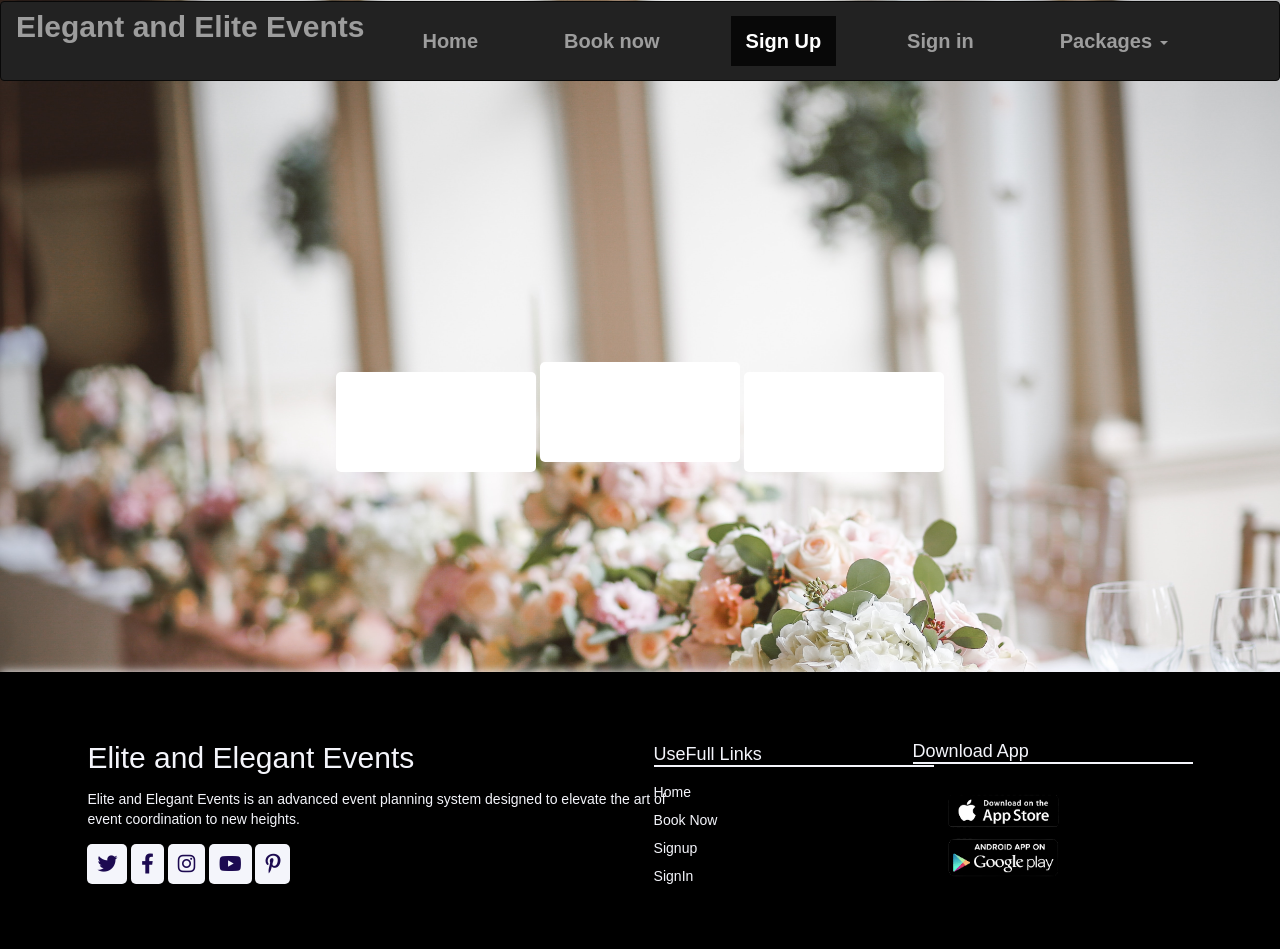
Repository: it22272690/Event-Planning-System
Page: http://localhost/PaymentDemo/useraccount.jsp
These files come from the project's save history. The page is drawn as it stood at one moment and after the next save; the edit follows.
The browser window is 1280 px wide. The pictures show the whole page.
Some web fonts or font styles are not loaded; a fallback is used. The page is served by Tomcat 10. Other server files are loaded and not shown.

Above is the page before, as saved 2023-10-24 09:30:22.

### PaymentDemo/src/main/webapp/useraccount.jsp
<%@ page language="java" contentType="text/html; charset=ISO-8859-1"
    pageEncoding="ISO-8859-1"%>
<!DOCTYPE html>
<html>
<head>
    <meta charset="UTF-8">
    <meta name="viewport" content="width=device-width, initial-scale=1.0">
    <title>User Profile</title>

    <link rel="stylesheet" type="text/css" href="css\useraccount.css">
    <link rel="stylesheet" type="text/css" href="css\home.css">
   <title>Bootstrap Example</title>
        <meta charset="utf-8">
        <meta name="viewport" content="width=device-width, initial-scale=1">
        <link rel="stylesheet" href="https://maxcdn.bootstrapcdn.com/bootstrap/3.4.1/css/bootstrap.min.css">
        <script src="https://ajax.googleapis.com/ajax/libs/jquery/3.6.4/jquery.min.js"></script>
        <script src="https://maxcdn.bootstrapcdn.com/bootstrap/3.4.1/js/bootstrap.min.js"></script>
         <!-- Style Css Link -->
    <link rel="stylesheet" href="css/footer.css">
    <!-- Style Css Link -->

    <!-- Font Awesome Cdn -->
    <link rel="stylesheet" href="https://cdnjs.cloudflare.com/ajax/libs/font-awesome/6.4.0/css/all.min.css">
    <!-- Font Awesome Cdn -->

    <!-- Google Font links -->
    <link rel="preconnect" href="https://fonts.googleapis.com">
    <link rel="preconnect" href="https://fonts.gstatic.com" crossorigin>
    <link href="https://fonts.googleapis.com/css2?family=Josefin+Sans:wght@500&display=swap" rel="stylesheet">
    <!-- Google Font links -->
    </head>
    <body>
     <style>

        body {
            font-family: 'Times New Roman';
            background-color: #f0f0f0;
            text-align: center;
            background-image: url("images/useraccount.jpg");
            background-size: cover
        }
    </style>
        <header>

            <nav class="navbar navbar-inverse">

                <div class="container-fluid">
                    <div class="navbar-header">

                        <a class="navbar-brand" href="#"><b style="font-size:30px;">Elegant and Elite Events</b></a>

                    </div>
                    <ul class="nav navbar-nav">

                        <li><a href="Home.jsp">Home</a></li>
                        <li><a href="Navigate.jsp">Book now</a></li>
                        <li class="active"><a href="Signup.jsp">Sign Up</a></li>
                        <li><a href="Signin.jsp">Sign in</a></li>
                        <li class="dropdown"> <!-- Dropdown Menu -->
                        <a href="#" class="dropdown-toggle" data-toggle="dropdown">Packages <span class="caret"></span></a>
                        <ul class="dropdown-menu">
                            <li class="center-text"><a href="#">Food and Beverages</a></li>
                            <li class="center-text"><a href="#">Decorations</a></li>
                            <li class="center-text"><a href="#">Entertainment</a></li>
                            <li class="center-text"><a href="#">Hotels</a></li>

                            </ul>
                            </li>


                    </ul>
                </div>
            </nav>

        </header>
    </head>
    <body>
        <br><br>
        <div class="container">

            <div class="user-info">

                <!-- Display user information here (e.g., name, email, etc.) -->
            </div>
            <div class="user-actions">
                <button id="edit-customer" style="color:white; width:200px; height:100px;">Edit Customer Form</button>
                <button id="edit-event" style="color:white; width:200px; height:100px;">Edit Event Details Form</button>
                <button id="edit-payment" style="color:white; width:200px; height:100px;">Edit Payment Form</button>
            </div>
        </div>
       <footer id="footer">
    <div class="footer-content">
        <div class="row" id="row1">
            <a href="#" id="footer-logo">Elite and Elegant Events</a>
            <p>Elite and Elegant Events is an advanced event planning system designed to elevate the art of event coordination to new heights.</p>
            <div class="socail-links">
                <i class="fa-brands fa-twitter"></i>
                <i class="fa-brands fa-facebook-f"></i>
                <i class="fa-brands fa-instagram"></i>
                <i class="fa-brands fa-youtube"></i>
                <i class="fa-brands fa-pinterest-p"></i>
            </div>
        </div>
        <div class="row" id="row2">
            <h3>UseFull Links</h3>
            <ul>
                <li><a href="#">Home</a></li>
                <li><a href="#">Book Now</a></li>
                <li><a href="#">Signup</a></li>
                <li><a href="#">SignIn</a></li>

            </ul>
        </div>

        <div class="row" id="row4">
            <h3>Download App</h3>
            <img src="images/app.png" alt="foot">
        </div>
    </div>
</footer>
    </body>
</html>

### PaymentDemo/src/main/webapp/css/useraccount.css
body {
    font-family: Arial, sans-serif;
    background-color: rgb(128, 128, 128);
    margin: 0;
    padding: 0;
    background-image: url("userprofile.jpg");
}

.container {
    max-width: 700px;
    margin: 0 auto;
    padding: 200px;
    border-radius: 10px;
}

h1 {
    text-align: center;
}

.user-info {
    margin: 20px 0;
    color:aliceblue;
}

.user-actions {

    text-align: center;


}

button {
	width: 200px;
    height: 200px;
    padding: 30px 30px;
    background-color: rgb(255, 255, 255);
    color: #fff;
    border: none;
    border-radius: 5px;
    cursor: pointer;
    margin: 10px; /* Increase the margin for more space between buttons */

}

button:hover {
    background-color: #c6d0db;
}

footer {
    background-color: #222; /* Dark background for footer */
    padding: 10px;
    text-align: left;
}

.contact, .social-media {
    display: inline-block;
    margin: 0 20px;
    text-align: left;
    color: #fff;
}

.social-media a {
    color: #fff;
    text-decoration: none;
    margin: 5px;
    text-align: left;
}

### PaymentDemo/src/main/webapp/css/home.css

.button {
    display: inline-block;
    padding: 10px 20px;
    background-color: #D2691E;
    color: #fff;
    text-decoration: none;
    border-radius: 10px;
    margin-right: 10px;
}

body {
    font-family: 'Courier New';
    margin: 0;
    padding: 0;
    background-color: #FFE4B5;
    color: #fff;
}

header {
    display: flex;
    font-family: Arial;
    font-size: 20px;
    align-items: center;

    padding: 1px 0;
    justify-content: space-between; /* Center buttons horizontally */
}

    header img {
        width: 100px; /* Adjust the width as needed */
        height: auto; /* Preserve the aspect ratio */
        margin-left: 20px; /* Add some left margin to the logo */
    }

nav ul {
    list-style-type: none;
    padding: 0;
    text-align: center; /* Center buttons vertically */
}

    nav ul li {
        display: inline;
        float: right;
        display: block;
        color: white;
        padding: 14px 18px;
        text-decoration: none;
    }

        nav ul li a {
            color: #fff;
            text-decoration: none;
            font-weight: bold;
            margin: 0 10px; /* Add some horizontal spacing between the buttons */
        }

.services {
    display: flex;
    flex-wrap: wrap;
    justify-content: center;
    margin: 20px auto;
    max-width: 1200px;
    color: #8B4513; /* Set the text color to white for visibility */
}

.service {
    background-color: #fff;
    border: 1px solid #FF4500; /* Slightly darker border */
    border-radius: 5px;
    padding: 20px;
    margin: 10px;
    text-align: center;
    width: calc(33.33% - 20px);
}

footer {
    background-color: #222; /* Dark background for footer */
    padding: 20px;
    text-align: left;
}

.contact, .social-media {
    display: inline-block;
    margin: 0 20px;
    text-align: left;
    color: #fff;
}

    .social-media a {
        color: #fff;
        text-decoration: none;
        margin: 5px;
        text-align: left;
    }

/* Add this CSS to style the search bar */
.search-section {
    display: flex;
    align-items: center;
}

.search-bar {
    padding: 10px;
    border: 1px solid #ccc;
    border-radius: 5px;
    margin-right: 10px;
    width: 200px; /* Adjust the width as needed */
    outline: none; /* Remove the outline on focus */
}

    .search-bar::placeholder {
        color: #999; /* Placeholder text color */
    }

.search-button {
    background-color: #D2691E;
    color: #fff;
    padding: 10px 20px;
    border: none;
    border-radius: 5px;
    cursor: pointer;
    font-weight: bold;
}

### PaymentDemo/src/main/webapp/css/footer.css
*{
    margin: 0;
    padding: 0;
    box-sizing: border-box;
    text-decoration: none;
    list-style: none;
    scroll-behavior: smooth;
    font-family: 'Josefin Sans', sans-serif;
}
html::-webkit-scrollbar-track{
    background: transparent;
}
html::-webkit-scrollbar-thumb{
    background: #f4f5fb;
    border-radius: 10px;
}
html::-webkit-scrollbar{
    width: 10px;
}
body{
    background: #fff;
}


/* Footer Start */
#footer{
    width: 100%;
    padding: 50px 8% 50px;
    background-color: black;
    box-shadow: 10px 10px 10px 10px #f4f5fb;
}
.footer-content{
    display: grid;
    grid-template-columns: repeat(auto-fit, minmax(250px, auto));
    align-items: center;
    gap: 0.90rem;
}
#footer #row1{
    position: relative;
    overflow: hidden;
}
#footer #row1 #footer-logo{
    font-size: 30px;
    color: #f4f5fb;
}
#footer #row1 p{
    color: #f4f5fb;
    margin-top: 10px;
}
.socail-links{
    margin-top: 15px;
}
.socail-links i{
    color: #1c0a51;
    background: #f4f5fb;
    font-size: 20px;
    padding: 10px;
    border-radius: 5px;
    cursor: pointer;
}
#row2 h3{
    font-size: 18px;
    color: #f4f5fb;
    border-bottom: 2px solid #f4f5fb;
}
#row2 ul{
    margin-top: 15px;
}
#row2 ul li{
    margin-top: 8px;
}
#row2 ul li a{
    color: #f4f5fb;
    transition: 0.5s ease;
}
#row2 li a:hover{
    border-bottom: 1px solid #f4f5fb;
}
#row3 h3{
    font-size: 18px;
    color: #f4f5fb;
    border-bottom: 2px solid #f4f5fb;
}
#row3 ul{
    margin-top: 15px;
}
#row3 ul li{
    margin-top: 8px;
}
#row3 ul li a{
    color: #f4f5fb;
    transition: 0.5s ease;
}
#row3 li a:hover{
    border-bottom: 1px solid #f4f5fb;
}
#row4 h3{
    font-size: 18px;
    color: #f4f5fb;
    border-bottom: 2px solid #f4f5fb;
}
#row4 img{
    width: 180px;
    cursor: pointer;
}
/* Footer End */

After the next save:
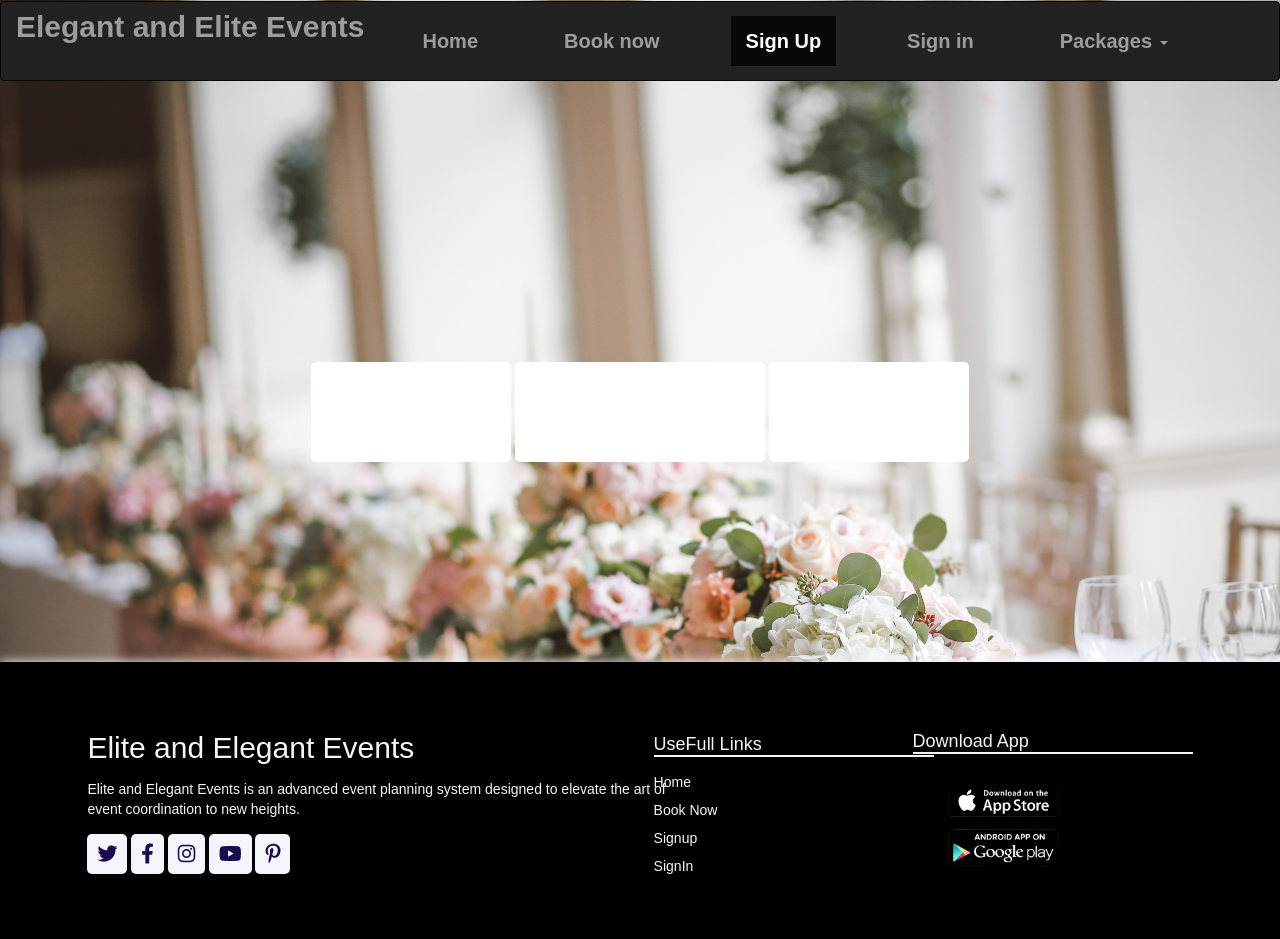
Saved 32 s later.
--- a/PaymentDemo/src/main/webapp/useraccount.jsp
+++ b/PaymentDemo/src/main/webapp/useraccount.jsp
@@ -84,7 +84,7 @@
             </div>
             <div class="user-actions">
                 <button id="edit-customer" style="color:white; width:200px; height:100px;">Edit Customer Form</button>
-                <button id="edit-event" style="color:white; width:200px; height:100px;">Edit Event Details Form</button>
+                <button id="edit-event" style="color:white; width:250px; height:100px;">Edit Event Details Form</button>
                 <button id="edit-payment" style="color:white; width:200px; height:100px;">Edit Payment Form</button>
             </div>
         </div>
